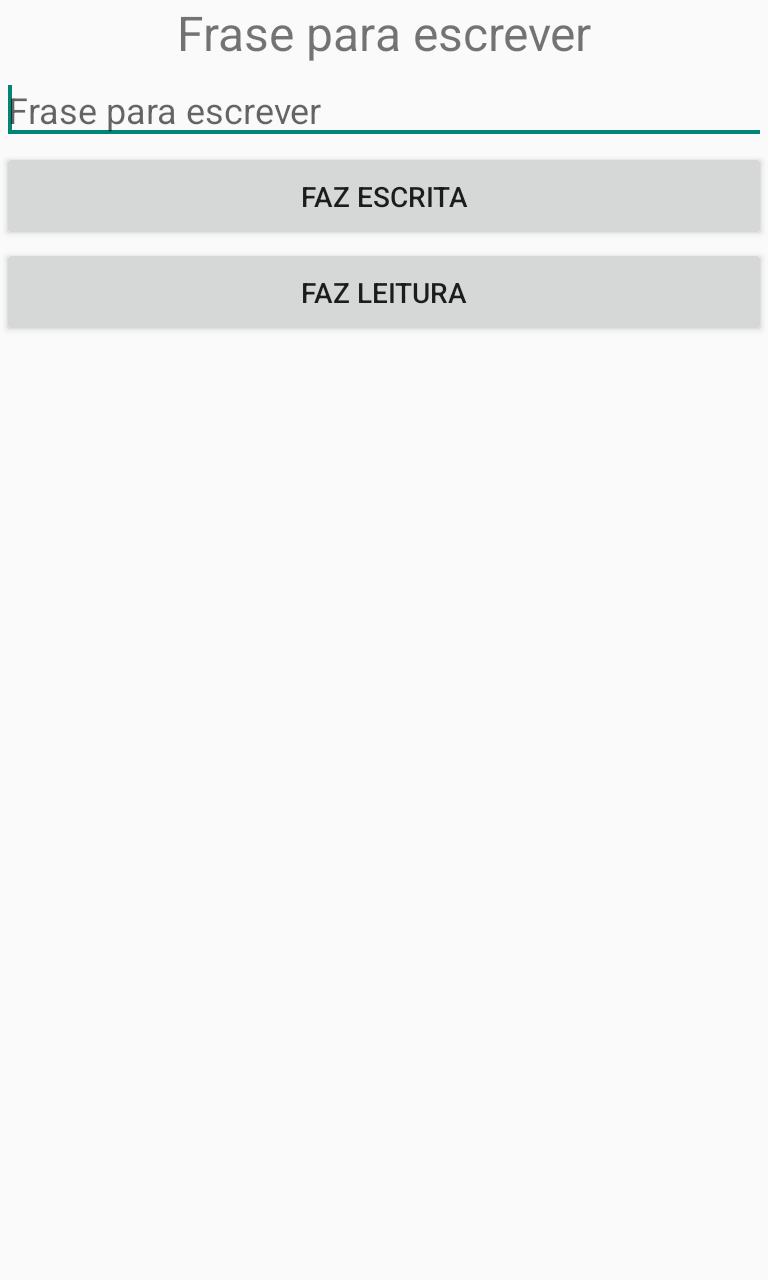
Repository: gokugohan/ddm
Layout: FileSystem1/res/layout/activity_main.xml
The author's editor kept a copy of each file at every save. The layout is drawn from the files as they stood at one save, then again after a run of saves.
It is drawn on a 768 x 1280 px phone screen (xhdpi) without system bars, with theme AppTheme; the app's code is not run.

Above is the layout before, as saved 2014-11-26 11:09:40.

After the next 4 saves:
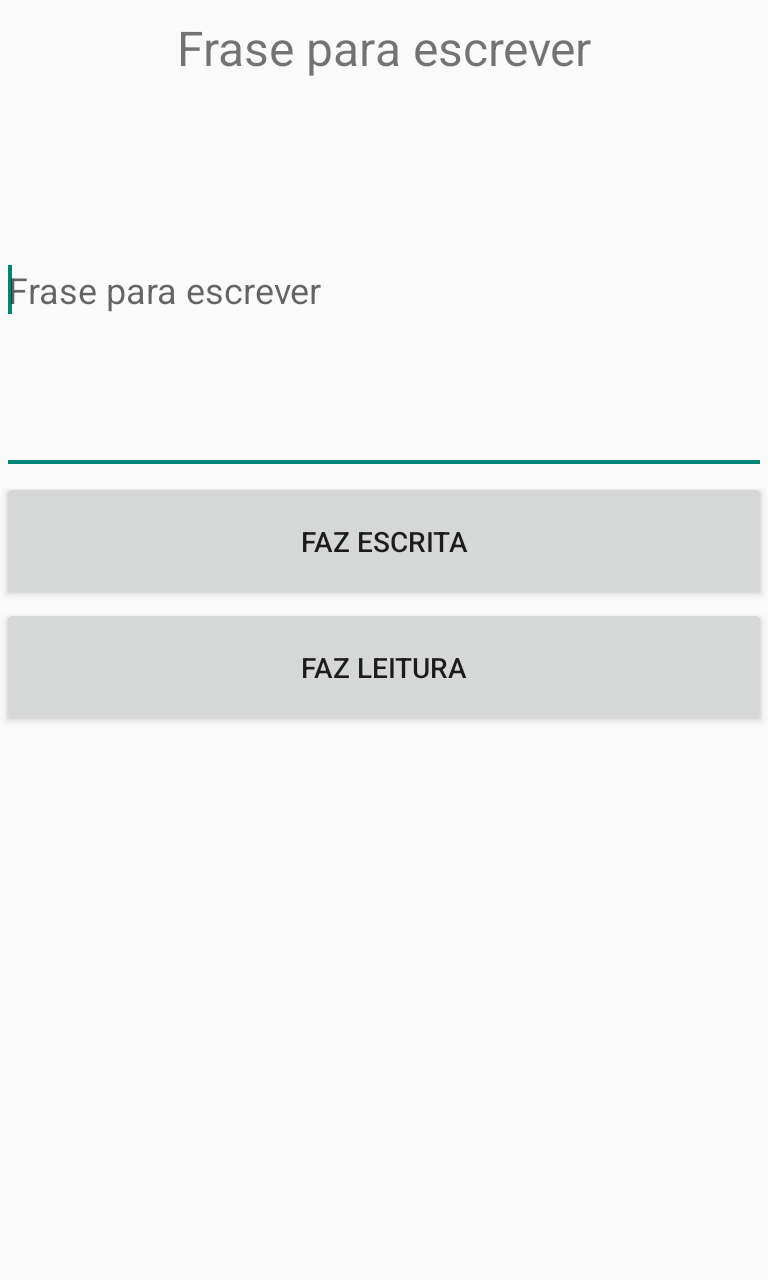
The 4 saves are shown as one change because 2 did not build or start and some came seconds apart.
The last was saved 24 min 22 s later.
--- a/FileSystem1/res/layout/activity_main.xml
+++ b/FileSystem1/res/layout/activity_main.xml
@@ -1,49 +1,48 @@
-<ScrollView xmlns:android="http://schemas.android.com/apk/res/android"
+<LinearLayout xmlns:android="http://schemas.android.com/apk/res/android"
     xmlns:tools="http://schemas.android.com/tools"
     android:layout_width="match_parent"
     android:layout_height="match_parent"
-    android:overScrollMode="ifContentScrolls"
+    android:orientation="vertical"
+    android:weightSum="3"
     tools:context="com.example.filesystem1.MainActivity" >
 
-    <LinearLayout
+    <TextView
+        android:id="@+id/id_tv_frase"
         android:layout_width="match_parent"
         android:layout_height="wrap_content"
-        android:orientation="vertical"
-        android:weightSum="3" >
+        android:layout_weight="0.1"
+        android:gravity="center"
+        android:text="@string/str_frase"
+        android:textSize="24sp" />
 
-        <TextView
-            android:id="@+id/id_tv_frase"
-            android:layout_width="match_parent"
-            android:layout_height="wrap_content"
-            android:layout_weight="0.1"
-            android:gravity="center"
-            android:text="@string/str_frase"
-            android:textSize="24sp" />
+    <EditText
+        android:id="@+id/id_et_frase"
+        android:layout_width="match_parent"
+        android:layout_height="wrap_content"
+        android:layout_weight="1"
+        android:hint="@string/str_frase"
+        android:inputType="textMultiLine" >
 
-        <EditText
-            android:id="@+id/id_et_frase"
-            android:layout_width="match_parent"
-            android:layout_height="wrap_content"
-            android:layout_weight="1"
-            android:hint="@string/str_frase"
-            android:inputType="textMultiLine" >
+        <requestFocus />
+    </EditText>
 
-            <requestFocus />
-        </EditText>
+    <Button
+        android:id="@+id/id_btn_escrever"
+        android:layout_width="match_parent"
+        android:layout_height="wrap_content"
+        android:layout_weight="0.1"
+        android:text="@string/str_faz_escrita" />
 
-        <Button
-            android:id="@+id/id_btn_escrever"
-            android:layout_width="match_parent"
-            android:layout_height="wrap_content"
-            android:layout_weight="0.1"
-            android:text="@string/str_faz_escrita" />
+    <Button
+        android:id="@+id/id_btn_ler"
+        android:layout_width="match_parent"
+        android:layout_height="wrap_content"
+        android:layout_weight="0.1"
+        android:text="@string/str_faz_leitura" />
 
-        <Button
-            android:id="@+id/id_btn_ler"
-            android:layout_width="match_parent"
-            android:layout_height="wrap_content"
-            android:layout_weight="0.1"
-            android:text="@string/str_faz_leitura" />
+    <ScrollView
+        android:layout_width="match_parent"
+        android:layout_height="wrap_content" >
 
         <TextView
             android:id="@+id/id_tv_frase_leitura"
@@ -51,6 +50,6 @@
             android:layout_height="wrap_content"
             android:layout_weight="1.7"
             android:gravity="center" />
-    </LinearLayout>
+    </ScrollView>
 
-</ScrollView>
+</LinearLayout>
